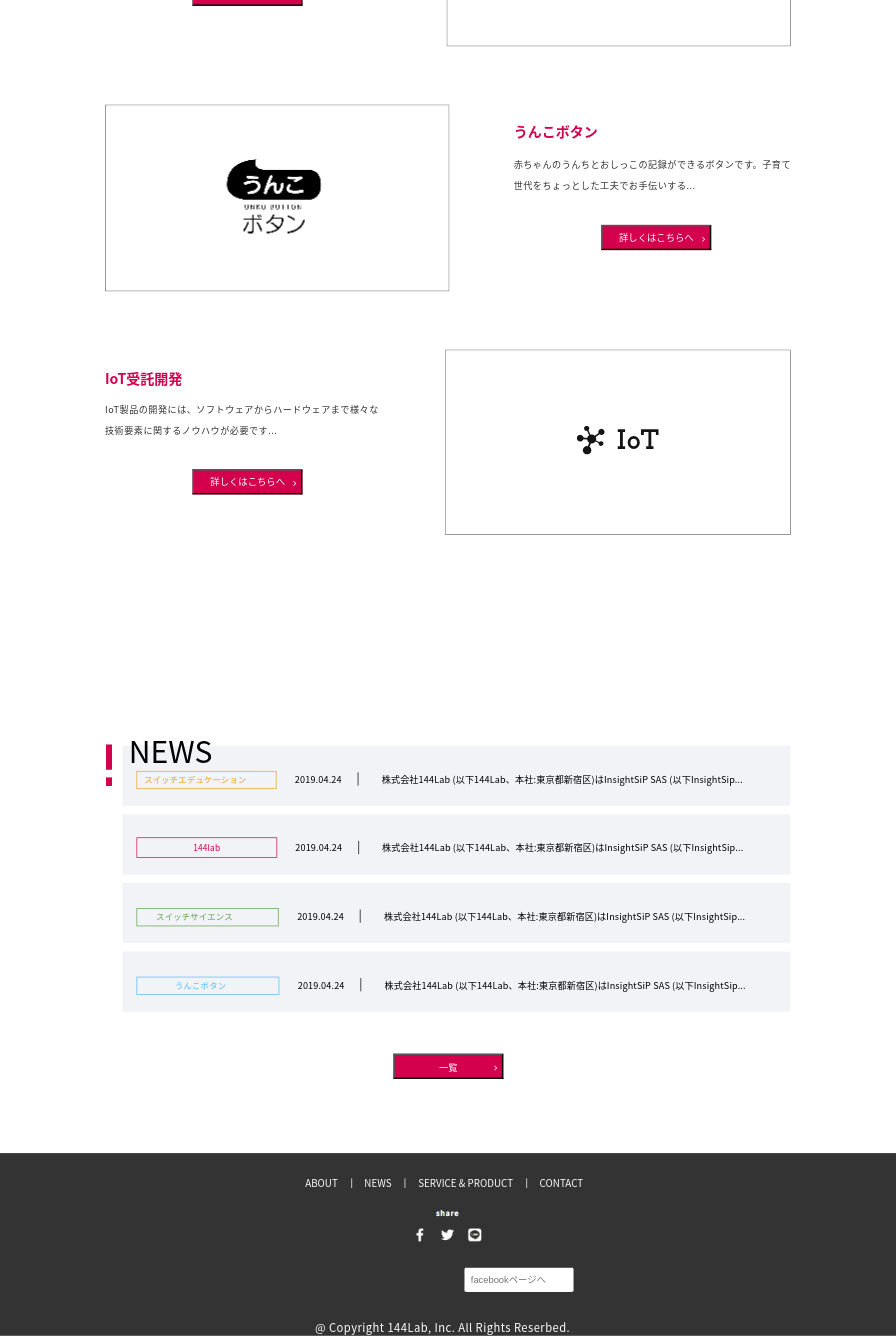
Repository: ppmp556/light-up-git
Page: index.html
These files come from the project's save history. The page is drawn as it stood at one moment and after the next save; the edit follows.
The browser window is 1280 px wide. The pictures show the part of the page from y = 2046 to 3966 px (the page is 3966 px tall), at 70% of full size.

Above is the page before, as saved 2019-12-27 21:00:48.

### index.html
<!DOCTYPE html>
<html lang="ja">
    <head>
        <meta charset="UTF-8">
        <meta name="viewport" content="width=device-width, initial-scale=1.0">
        <link rel="stylesheet" href="main.css/main.css"  type="text/css">
        <link rel="img" href="images.svg/">
        <title>模写</title>
    </head>
    <body>
        <header class="header">
                <img class="greenbox" src="images.svg/グループ 127.svg">
                <img class="small-redbox" src="images.svg/グループ 152.svg">
                <img class="redboxs" src="images.svg/グループ 148.svg">
                <img class="small-yellowbox" src="images.svg/グループ 149.svg">
                <img class="gray-boxs" src="images.svg/グループ 150.svg">
                <img class="middle-redbox" src="images.svg/グループ 151.svg">
                <img class="big-redbox" src="images.svg/グループ 153.svg">
                <img class="graybox" src="images.svg/グループ 147.svg">
                <h1><img class="nav-logo" src="images.svg/yEVqXX.svg" alt="144lab"></h1>
                <nav class="global-nav">


                        <ul class="nav-itembox">
                            <li><a href="#">ABOUT<br><span class="small">企業情報</span></a></li>
                            <li><a href="#">NEWS<br><span class="small">ニュース</span></a></li>
                            <li><a href="#">SERVICE & PRODUCT<br><span class="small">サービス&製品情報</span></a></li>
                            <li><a href="#">CONTACT<br><span class="small">お問い合わせ</span></a></li>
                        </ul>
                </nav>

                    <h1 class="site-title"><a href="#">Light Up  <br>Your <br>Science </a></h1>
                    <p class="site-title-sub">- 科学をともそう -<br>
                                                <span class="small2">イチヨンヨンラボ</span></p>

        </header>
        <main>
             <section class="about">
              <div class="about-container">
                <img class="exclamation" src="images.svg/グループ 145.svg">
                <h2 class="about-title">ABOUT</h2>
                <div class="about-box">
                                    <p class="about-text">私たちの社会は、10年前、100年前、あるいは1000年前よりも確実に進化しています。科学こそが社会を進化させ、幸せを
                                        つくり出したのだと信じています。科学は与えられるものではなく、私たち自身が開拓し、進化させていくものです。144Labは、
                                        科学に触れ、さらなる開拓と進化に参加する人々を、ちょっとだけお手伝いします。
                                    </p>
                 </div>
                 <button class="redbutton">企業情報</button>
               </div>
            </section>

            <section class="product">
                    <img class="exclamation-product" src="images.svg/グループ 145.svg">
                    <h2 class="product-title">SERVICE & PRODUCT</h2>
                    <ul class="product-wrapper">
                                <li class="product-box">
                                    <svg class="product-image-switch" xmlns="http://www.w3.org/2000/svg" xmlns:xlink="http://www.w3.org/1999/xlink" width="267" height="114.428" viewBox="0 0 267 114.428">
                                        <image width="267" height="114.429" xlink:href="logo-switch_science-image.jpg"/>
                                    </svg>

                                    <div class="text-button">
                                    <h3 class="product-red">株式会社スイッチサイエンス</h3>
                                        <p class="product-text">
                                            最先端のテクノロジーを、より多くの人々が道具として当たり<br>
                                            前に使える世界を目指して活動しています...
                                        </p>
                                        <button class="redbutton2">詳しくはこちらへ</button>
                                    </div>
                            </li>
                                <li class="product-box">
                                    <img class="product-image-education" src="images.svg/logo-switch_education.svg">
                                    <div class="text-button">
                                        <h3 class="product-red2">株式会社スイッチエデュケーション</h3>
                                        <p class="product-text">
                                            すべての子供にSTEN教育を実践することを目的に活動して<br>
                                            います。考える、作る、発表するプロセスを...
                                        </p>
                                        <button class="redbutton2">詳しくはこちらへ</button>
                                    </div>
                                </li>
                                <li class="product-box">
                                    <img class="product-image-fit" src="images.svg/main_3648.fit-scale.svg">
                                    <div class="text-button">
                                        <h3 class="product-red">うんこボタン</h3>
                                            <p class="product-text">
                                                赤ちゃんのうんちとおしっこの記録ができるボタンです。子育て<br>
                                                世代をちょっとした工夫でお手伝いする...
                                            </p>
                                            <button class="redbutton2">詳しくはこちらへ</button>
                                    </div>
                                </li>

                                <li class="product-box">
                                    <img class="product-image-iot" src="images.svg/グループ 183.svg">
                                    <div class="text-button">
                                        <h3 class="product-red2">IoT受託開発</h3>
                                        <p class="product-text">
                                            IoT製品の開発には、ソフトウェアからハードウェアまで様々な<br>
                                            技術要素に関するノウハウが必要です...

                                        </p>
                                        <button class="redbutton2">詳しくはこちらへ</button>
                                　　　</div>
                                </li>
                    </ul>
        </section>
        <section class="news">
             <div class="news-container">

                <img class="exclamation" src="images.svg/グループ 145.svg">
                <h2 class="news-title">NEWS</h2>
                 <ul class="list">
                     <article>
                    <li class="list-item">
                        <div class="list-wrap">
                            <span class="category-education">スイッチエデュケーション</span>
                            <time class="date">2019.04.24</time>
                            <span class="category-news">株式会社144Lab (以下144Lab、本社:東京都新宿区)はInsightSiP SAS (以下InsightSip...</span>
                        </div>
                    </li>
                     </article>
                     <article>
                    <li class="list-item">
                        <div class="list-wrap">
                            <span class="category-lab">144lab</span>
                            <time class="date">2019.04.24</time>
                            <span class="category-news">株式会社144Lab (以下144Lab、本社:東京都新宿区)はInsightSiP SAS (以下InsightSip...</span>
                        </div>
                    </li>
                    </article>
                    <article>
                    <li class="list-item">
                        <div class="list-wrap">
                            <span class="category-sience">スイッチサイエンス</span>
                            <time class="date">2019.04.24</time>
                            <span class="category-news">株式会社144Lab (以下144Lab、本社:東京都新宿区)はInsightSiP SAS (以下InsightSip...</span>
                        </div>
                    </li>
                    </article>
                    <article>
                    <li class="list-item">
                        <div class="list-wrap">
                            <span class="category-fit">うんこボタン</span>
                            <time class="date">2019.04.24</time>
                            <span class="category-news">株式会社144Lab (以下144Lab、本社:東京都新宿区)はInsightSiP SAS (以下InsightSip...</span>
                        </div>
                    </li>
                    </article>
                </ul>
                <button class="redbutton3">一覧</button>
             </div>

        </section>
        </main>
        <footer class="footer">
            <nav>
                <ul class="footer-itembox">
                    <li>ABOUT</li>
                    <li>NEWS</li>
                    <li>SERVICE & PRODUCT</li>
                    <li>CONTACT</li>
                </ul>
            </nav>
              <div class="share-search">
                <img class="share-logo" src="images/logo-kamome_engineering.png">
                <img class="share-logo" src="images.svg/logo-kamome_engineering.svg">
                <input class="search-input" type="text" name="search" placeholder="  facebookページへ">
                <p class="copyright">@ Copyright 144Lab, Inc. All Rights Reserbed.</p>
            </div>
            </footer>
    </body>
</html>

### main.css/main.css
/*CSS共通*/
@charset "UTF-8";



html, body, div, span, applet, object, iframe,
h1, h2, h3, h4, h5, h6, p, blockquote, pre,
a, abbr, acronym, address, big, cite, code,
del, dfn, em, img, ins, kbd, q, s, samp,
small, strike, strong, sub, sup, tt, var,
b, u, i, center,
dl, dt, dd, ol, ul, li,
fieldset, form, label, legend,
table, caption, tbody, tfoot, thead, tr, th, td,
article, aside, canvas, details, embed,
figure, figcaption, footer, header, hgroup,
menu, nav, output, ruby, section, summary,
time, mark, audio, video,img {
	margin: 0;
	padding: 0;
	border: 0;
	font-style:normal;
	font-weight: normal;
	font-size: 100%;
	vertical-align: baseline;
}
article, aside, details, figcaption, figure,
footer, header, hgroup, menu, nav, section {
	display: block;
}
html{overflow-y: scroll;}
blockquote, q {quotes: none;}
blockquote:before, blockquote:after,q:before, q:after {content: ''; content: none;}
input, textarea {margin: 0; padding: 0;}
ol, ul{list-style:none;}
table{border-collapse: collapse; border-spacing:0;}
caption, th{text-align: left;}
a:focus {outline:none;}

body {
    color: #000000;
    background-color: #ffffff;
    font-family: "Noto Sans CJK JP";
    width: 1280px;
    margin-right: auto;
    margin-left : auto;
}

*,*::before, *::after {
    box-sizing: border-box;
}

a:link, a:visited, a:hover, a:active { /*テキストデフォルト下線外し*/
    text-decoration: none;
    color: black;
}


/*css共通ここまで*/

/*オブジェクト*/

.greenbox {
    position: absolute;
    top: -176px;
    left: 150px;
    opacity: 5;

}
.small-redbox {
    position: absolute;
    top: 255.2px;
    left: 603.2px;
}
.redboxs {
   position: absolute;
   top: 222.31px;
   left: 372.97px;

}

.small-yellowbox {
    position: absolute;
    top: 599.7px;
    left: 832.48px;
}
.gray-boxs {
    position: absolute;
    top: 124.2px;
    left: 881.85px;
}
.middle-redbox {
    position: absolute;
    top: 205.6px;
    left: 452.24px;

}
.big-redbox {
    position: absolute;
    top: 266.3px;
    left: 532.3px;
}
.graybox {
    top: 604.4px;
    left: 77.1px;
    position: absolute;
}

/*オブジェクトここまで*/

/*header*/
.header {
    position: relative;
    max-width: 1280px;
    height: 793px;
    background-color: #ffffff;
    text-align: center;
    margin: 0 150px;
}

    /*サイトタイトル*/
    .site-title {
        position: absolute;
        top: 209.5px;
        text-align: left;
        font-size: 76px;
        font-family: 'ITC Avant Garde Gothic';
        line-height: 1.14;
        letter-spacing: 0.075em;
    }
    .site-title a {
        text-decoration: none;
        color: #d4004e;
    }
    /*サイトタイトルここまで*/
    /*サイトサブタイトル*/
    .site-title-sub {
        color: #d4004e;
        position: absolute;
        font-weight: bold;
        font-size: 16px;
        line-height: 1.875;
        letter-spacing: 0.4em;

        top: 507px;
        left: 5px;
    }

    .small2 {
        font-size: 12px;
        font-weight: bold;
        letter-spacing: 0.4em;
        line-height: 2.5px;
    }
    /*サイトサブタイトルここまで*/

/*グローバルナビゲーション*/
.global-nav { /*ナビ大枠*/
    position: relative;
    top: 59px;
    width: 974.5px;
    height: 77px;
    background-color: #ffffff;
    margin: 20px;
    box-shadow: 4px 4px 1px rgba(0, 0, 0, 0.16);
    box-sizing: border-box;
}


.nav-logo { /*ナビのロゴ*/
    width: 168px;
    height: 34px;
    position: absolute;
    margin: 0;
    top: 80px;
    left: 37px;

}

.nav-itembox { /*ナビメニュー*/
    position: absolute;
    display: flex;
    width: 607px;
    height: 35px;
    top: 21px;
    left:  321px;
    padding: 0;
    margin: 0;
}

.nav-itembox li { /*ナビテキスト*/
    list-style: none;
    text-align: center;
    font-size: 14px;
    font-weight: normal;
    line-height: 1.5;
    flex-grow: 1; /*flexの余白分配比率指定*/
}

.nav-itembox  li + li:before { /*ナビの短い縦線,隣接セレクタ,疑似要素*/

    border-left: 1px solid #000000;
    position: absolute;
    display: block;
    content: "";
    top: 50%; /*縦方向に50%*/
    height: 14px;
    margin-top: -7px;

}

.small {
    font-size: 10px;


}


/*グローバルナビゲーションここまで*/

/*アバウトここから*/
.exclamation {
    position: relative;
    top: 119.6px;
    width: 9px;
    height: 60.41px;
}

.about {
    width: 1280px;
    height: 558px;
    position: relative;
    margin-bottom: 118.6px;


}

.about-container {
    top: 107.1px;
    right: 151px;
    width: 977.95px;
    height: 332.28px;
    position: absolute;
}

.about-box {
    position: relative;
    left: 24px;
    width: 953.95px;
    height: 282.5px;
    padding: 66px 55px 62.5px 66px;
    background-color: #f2f3f7;
    z-index: -1;

}

.about-title {
    position: relative;
    font-size: 43px;
    line-height: 1.3;
    width: 137px;
    height: 57px;
    top: 36px;
    margin-left: 23.9px;
}

/*
.about-title::before {
    width: 9px;
    height: 60.41px;
    content: "! ";
    color: #D4004E;
    position: absolute;
    left: -23.9px;

}
*/
.about-text {
    text-align: left;
    background-color: #f2f3f7;
    font-size: 17px;
    letter-spacing: 0.02em;
    line-height: 2.35;
    width: 833px;
    height: 154px;
}

button {
    background-color: #D4004E;
    color: #ffffff;
    font-family: "Noto Sans CJK JP";
}

.redbutton { /*赤ボタン大枠*/
    position: relative;
    font-size: 13px bold;

    justify-content: center;
    align-items: center;

    line-height: 1.3;
    left: 410.82px;
    width: 157.12px;
    height: 35.8px;
    display: inline-block;

    top: -17.9px;

}
.redbutton::before { /*疑似要素*/
    content: '';
    width: 5.31px;
    height: 5.31px;
    border-top: solid 1px #ffffff;
    border-right: solid 1px #ffffff;
    transform: rotate(45deg);/*rotateで要素回転指定,角度deg: 45°*/
    position: absolute;
    top: 50%;
    left: 139.9px;
}

/*アバウトここまで*/

/*プロダクトここから*/

.exclamation-product {
    position: relative;
    top: 83.8px;
    width: 9px;
    height: 60.41px;

}

.product { /*プロダクト大枠*/
    position: relative;
    width: 980px;
    height: 1426.28px;
    left: 150px;
    bottom: 50px;

}


.product-title { /*プロダクトタイトル*/
    position: relative;
    font-size: 43px;
    line-height: 1.3;

    left: 32.95px;

}

/*
.product-title::before {
    width: 9px;
    height: 60.41px;
    content: "! ";
    color: #D4004E;
    position: absolute;
    left: -23.9px;

}
*/

.product-wrapper {
    list-style: none;
    margin-top: 60px;

}

.product-box {
    display: flex;
    justify-content: space-between;

}


li.product-box:nth-child(even) {
    flex-direction: row-reverse;
}
/*スイッチサイエンス*/
.product-image-switch {
    border: 1px solid #707070;
    background-color: #ffffff;
    padding: 74px 106px 75.6px 117px;
    margin-bottom: 74px;
    z-index: auto;
}


/*スイッチエデュケーション*/
.product-image-education {
    border: 1px solid #707070;
    background-color: #ffffff;
    margin-bottom: 83px;
    padding: 72px 105px;
    z-index: 2;
}
/*うんこボタン*/
.product-image-fit {
    border: 1px solid #707070;
    background-color: #ffffff;
    margin-bottom: 83px;
    padding: 74px 106px 75.6px 117px;
}
/*IoT受託開発*/
.product-image-iot {
    border: 1px solid #707070;
    background-color: #ffffff;
    padding: 108.1px 188.4px 114.1px 187.3px;

}

/*プロダクト会社名*/
.product-red {
    position: relative;
    color: #D4004E;
    font-size: 20px;
    font-weight: bold;
    flex-direction: column;
    top: 23px;


}
.product-red2 {
    position: relative;
    color: #D4004E;
    font-size: 20px;
    font-weight: bold;
    flex-direction: column;
    top: 26px;


}


.product-text {
    color: #333333;
    font-size: 13px;
    letter-spacing: 0.055em;
    line-height: 2.38;
    margin-top: 41px;
    text-align: left;
}


.redbutton2 { /*product用赤ボタン大枠*/
    position: relative;
    font-size: 13px bold;
    display: inline-block;
    align-items: center;

    line-height: 1.3;
    left: 125.3px;
    width: 157.12px;
    height: 35.8px;

    top: 39.6px;
    margin-top: auto;

}

.redbutton2::before { /*疑似要素*/
    content: '';
    width: 5.31px;
    height: 5.31px;
    border-top: solid 1px #ffffff;
    border-right: solid 1px #ffffff;
    transform: rotate(45deg);/*rotateで要素回転指定,角度deg: 45°*/
    position: absolute;
    top: 50%;
    left: 139.9px;
}


/*プロダクトここまで*/
/*newsここから*/
.news { /*news大枠*/
    position: relative;
    width: 978px;
    height: 499.28px;
    left: 151px;
    top: 73.6px;
    margin-bottom: 181px;

}

.news-title { /*newsタイトル*/
    position: relative;
    font-size: 43px;
    line-height: 1.3;
    top: 35px;
    left: 32.95px;
}

/*
.news-title::before {
    width: 9px;
    height: 60.41px;
    content: "! ";
    color: #D4004E;
    position: absolute;
    left: -23.9px;

}
*/

.list{ /*履歴大枠*/
    border: #707070;
    list-style: none;
    position: relative;
    left: 24px;
    z-index: -1;

}



.list-item {
    height: 86px;
    width: 954px;
    margin-bottom: 12px;
    background: #f2f3f7;
    display: flex;

}


.list-wrap {
    position: relative;
    top: 33px;
    left: 20px;
    font-size: 13px;
    letter-spacing: 0.015em;
    line-height: 2.38;
    flex-grow: 1;
}


.date {
    padding-left: 23px;
    padding-right: 22.9px;
    border-right: 1px solid #000000;
}

.category-news {
    padding-left: 30.1px;
}


span.category-education {
    border: 1px solid #e5a31c;
    padding: 5px 42px 5px 10px;
    color: #e5a31c;
    font-size: 12px;
    font-family: "ITC Avant Garde Gothic";

}
span.category-lab {
    border: 1px solid #d4004e;
    padding: 5px 80px 5px 80px;
    color: #d4004e;
    font-size: 12px;
    font-family: "Noto Sans CJK JP";

}
span.category-sience {
    border: 1px solid #5fa153;
    padding: 5px 65px 5px 27px;
    color: #5fa153;
    font-size: 12px;
    font-family: "ITC Avant Garde Gothic";
}
span.category-fit {
    border: 1px solid #50bbf4;
    padding: 5px 75px 5px 54px;
    color: #50bbf4;
    font-size: 12px;
    font-family: "ITC Avant Garde Gothic";
}



.redbutton3 { /*news用ボタン*/
    position: relative;
    font-size: 13px bold;
    display: inline-block;
    align-items: center;

    line-height: 1.3;
    width: 157.12px;
    height: 35.8px;

    margin-top: 48.6px;
    left: 410.8px;



}

.redbutton3::before { /*疑似要素*/
    content: '';
    width: 5.31px;
    height: 5.31px;
    border-top: solid 1px #ffffff;
    border-right: solid 1px #ffffff;
    transform: rotate(45deg);/*rotateで要素回転指定,角度deg: 45°*/
    position: absolute;
    top: 50%;
    left: 139.9px;
}


/*newsここまで*/


/*footerここから*/
.footer {
    position: relative;
    width: 100%;
    height: 261px;
    background-color: #333333;
    top: 96.6px;
    bottom: 0;
}



.footer-itembox { /*フッターナビメニュー*/
    position: relative;
    display: flex;
    left:0;
    top: 32.9px;
    color: #ffffff;
    box-sizing: border-box;
    width: 435px;
    left: 417px;
}

.footer-itembox li { /*フッターナビテキスト*/
    list-style: none;
    text-align: center;
    font-size: 14px;
    font-weight: normal;
    line-height: 1.5;
    flex-grow: 1; /*flexの余白分配比率指定*/
}

.footer-itembox  li + li:before { /*フッターナビの短い縦線,隣接セレクタ,疑似要素*/

    border-left: 1px solid #ffffff;
    position: absolute;
    display: block;
    content: "";
    top: 50%; /*縦方向に50%*/
    height: 14px;
    margin-top: -7px;

}

.share-search {
    position: relative;

}
.share-logo {
    position: relative;
    top: 50.9px;
    left: 592px;
}

.search-input {
    position: relative;
    width: 157.12px;
    height: 35.8px;
    top: 102.9px;
    left: 462px;
}




.copyright { /*コピーライト*/
    font-size: 9px bold;
    color: #ffffff;
    line-height: 3.1;
    letter-spacing: 0.040em;
    position: absolute;
    top: 170.9px;
    left: 450px;
    margin-top: 32.2px;
    margin-bottom: 28.9px;

}

/*footerここまで*/

After the next save:
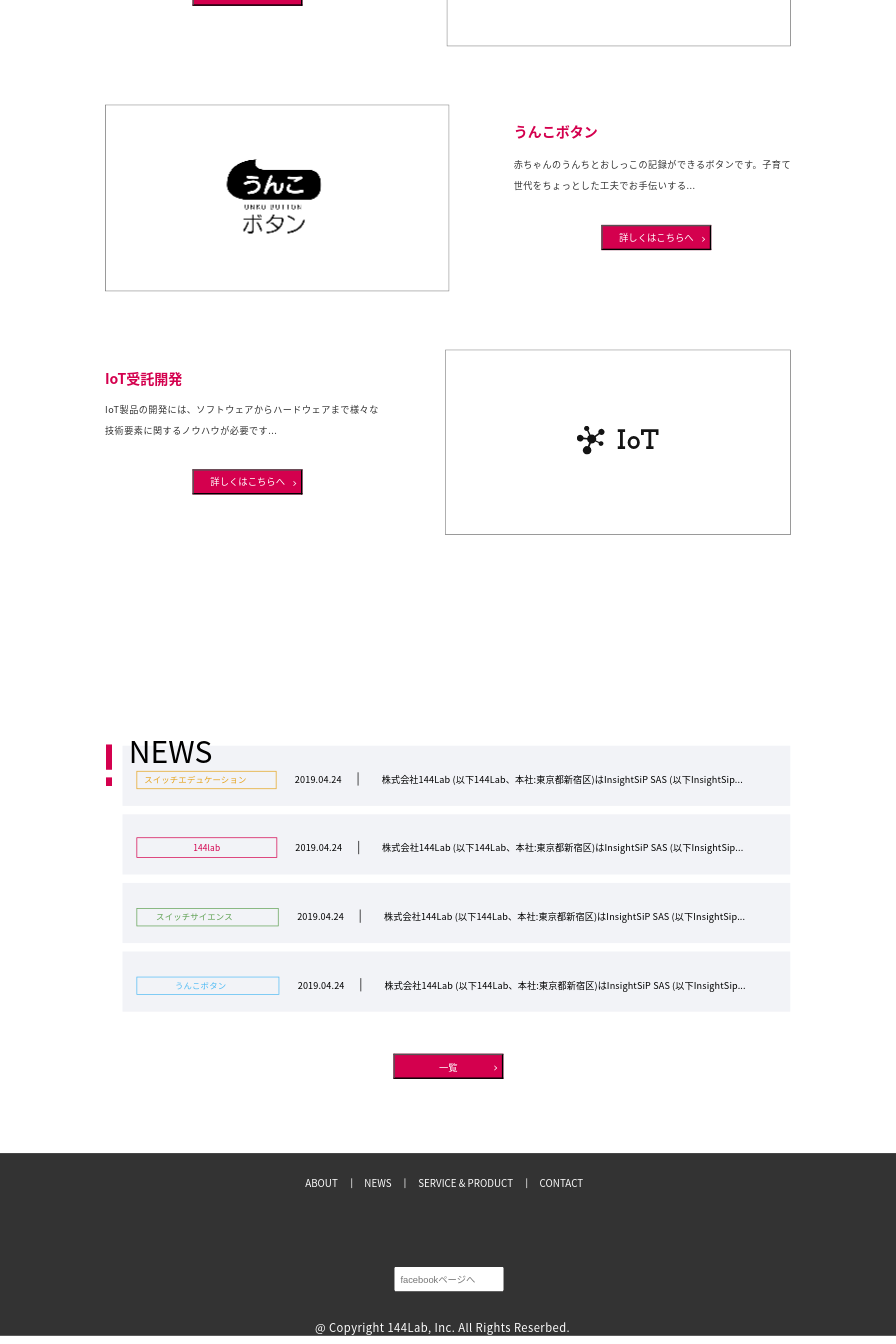
Saved 19 s later.
--- a/index.html
+++ b/index.html
@@ -162,7 +162,6 @@
                 </ul>
             </nav>
               <div class="share-search">
-                <img class="share-logo" src="images/logo-kamome_engineering.png">
                 <img class="share-logo" src="images.svg/logo-kamome_engineering.svg">
                 <input class="search-input" type="text" name="search" placeholder="  facebookページへ">
                 <p class="copyright">@ Copyright 144Lab, Inc. All Rights Reserbed.</p>
